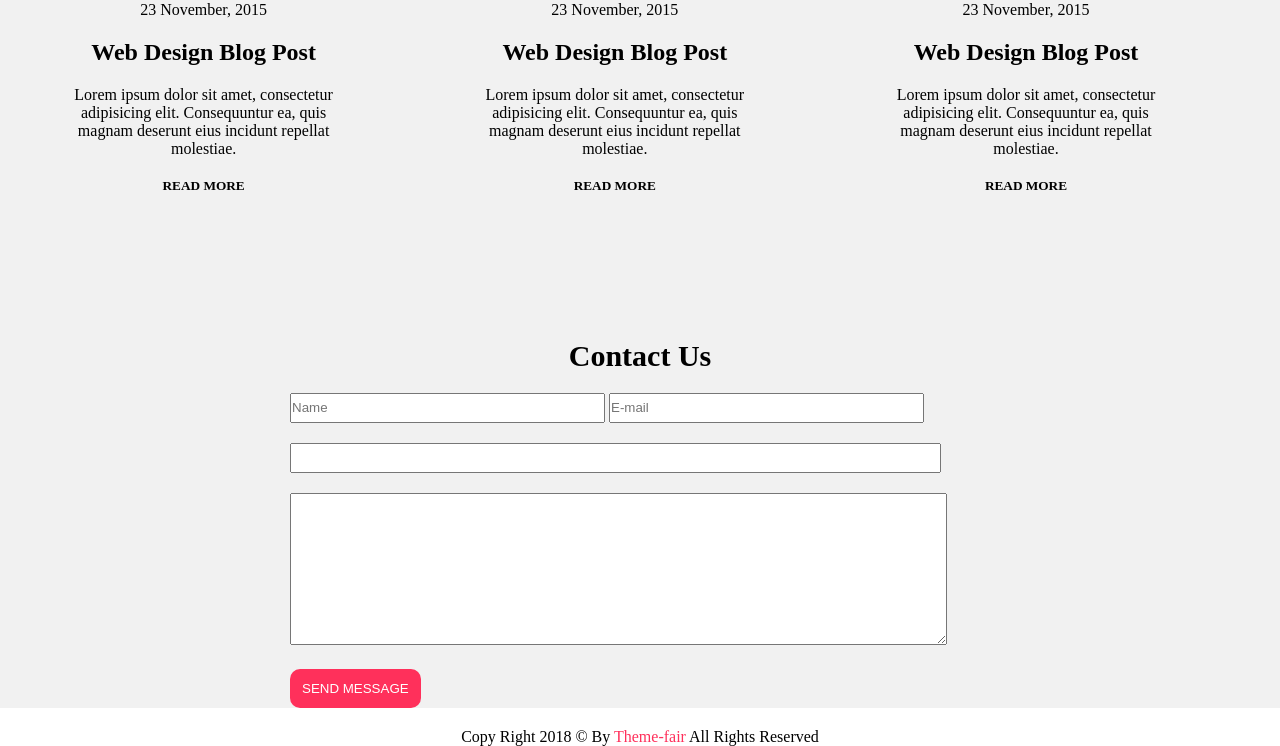
Repository: Ahmedalid/New-project
Page: Rout/index.html
These files come from the project's save history. The page is drawn as it stood at one moment and after a run of saves; the edit follows.
The browser window is 1280 px wide. The pictures show the part of the page from y = 3461 to 4207 px (the page is 4207 px tall).
A picture or video elsewhere on the page could not be fetched, so the positions and the page height are approximate.

Above is the page before, as saved 2023-05-24 19:59:15.

### Rout/index.html
<!DOCTYPE html>
<html lang="en">

<head>
    <meta charset="UTF-8">
    <meta http-equiv="X-UA-Compatible" content="IE=edge">
    <meta name="viewport" content="width=device-width, initial-scale=1.0">
    <link rel="stylesheet" href="https://cdnjs.cloudflare.com/ajax/libs/font-awesome/6.4.0/css/all.min.css">
    <link rel="stylesheet" href="css/style.css">
    <title>Document</title>
</head>

<body>
    <div class="bg-img" style="background-image: url(img/slider-02.jpg);">

        <div class="container pt">
            <div class="header-nav logo-nav">
                <h2>Fokir</h2>
            </div>
            <div class="header-nav">
                <ul>
                    <li><span class="nav-home">Home</span></li>
                    <li>About</li>
                    <li>Services </li>
                    <li>Portfolio</li>
                    <li>Testimonial</li>
                    <li>Blog </li>
                    <li>Contact</li>


                </ul>

            </div>
        </div>
        <div class="auto container">
            <h4 class="mt">Hello i'm</h4>
            <h1 class="mt">ALEX SMITH</h1>
            <p class="mt">Professional Web DesignerDesignerDeveloper</p>
        </div>

    </div>
    <div class="section-mt">
        <div class="section-2 container ">
            <div class="element-1">
                <span>
                    <img src="img/work-7.jpg" alt="Work-7">
                </span>
            </div>
            <div class="element-1">
                <h1><span>I</span>HELLO,</h1>
                <p class="mt">
                    Lorem ipsum dolor sit amet, consectetur adipisicing elit, sed do eiusmod tempor incididunt ut labore
                    et dolore magna aliqua. Ut enim ad minim veniam, quis nostrud exercitation ullamco laboris nisi ut
                    aliquip ex ea commodo consequat. Duis aute irure dolor in reprehenderit in voluptate velit esse
                    cillum dolore eu fugiat nulla pariatur. Excepteur sint occaecat cupidatat non proident, sunt in
                    culpa qui officia deserunt mollit anim id est laborum.
                </p>
                <div class="mt border"> </div>
                <div class="Name mt">
                    <div class="mt">Name: Rdam smith</div>
                    <div class="mt">Age: 26 Year</div>
                    <div class="mt">Freelance: Available</div>
                </div>
                <div class="Name mt">
                    <div class="mt">Job Title: UI/UX Designe</div>
                    <div class="mt">Location: United States, US</div>
                    <div class="mt">E-mail: example@gmail.com</div>
                </div>
                <div class="mt">
                    <button class="btn">Download CV <span><i class="fa fa-download"
                                aria-hidden="true"></i></span></button>

                    <button class="btn">Hire My <span><i class="fa fa-paper-plane"
                                aria-hidden="true"></i></span></button>
                </div>


            </div>
        </div>
    </div>
    <!-- section-3 -->
    <div class="section-bg">
        <section class="section-mt  ">
            <h1 class="pt">Our Services</h1>
            <div class="mt ">
                <div class="Services text-center">
                    <span class="mt"><i class="fa-solid fa-pen text-color"></i></span>
                    <h2 class="mt">UI/UX DESIGN</h2>
                    <p class="mt"> Lorem ipsum dolor sit amet, consectetur adipisicing elit. Ratione adipisci mollitia
                        quis
                        necstatibus.</p>
                </div>
                <div class="Services text-center">
                    <span class="mt"><i class="fa-solid fa-pen text-color"></i></span>
                    <h2 class="mt">APP DEVELOPMENT</h2>
                    <p class="mt"> Lorem ipsum dolor sit amet, consectetur adipisicing elit. Ratione adipisci mollitia
                        quis
                        necstatibus.</p>
                </div>
                <div class="Services text-center">
                    <span class="mt"><i class="fa-solid fa-pen text-color"></i></span>
                    <h2 class="mt">PRODUCT DESIGN</h2>
                    <p class="mt"> Lorem ipsum dolor sit amet, consectetur adipisicing elit. Ratione adipisci mollitia
                        quis
                        necstatibus.</p>
                </div>
                <div class="Services text-center">
                    <span class="mt"><i class="fa-solid fa-pen text-color"></i></span>
                    <h2 class="mt">UI/UX DESIGN</h2>
                    <p class="mt"> Lorem ipsum dolor sit amet, consectetur adipisicing elit. Ratione adipisci mollitia
                        quis
                        necstatibus.</p>
                </div>

            </div>
        </section>
    </div>
    <!-- section-4 -->
    <div class="">
        <section class="section-mt  ">
            <h1 class="pt">Our Portfolio</h1>
            <div class="text-center">
                <p class="p-Our">All</p>
                <p class="p-Our">GRAPHIC</p>
                <p class="p-Our">WEB DESIGN</p>
                <p class="p-Our">PRADNIG</p>
            </div>
            <div class="mt container">
                <div class="Portfolio text-center">
                    <span>
                        <img src="img/1.jpg" alt="">
                    </span>
                </div>
                <div class="Portfolio text-center">
                    <span>
                        <img src="img/2.jpg" alt="">
                    </span>
                </div>
                <div class="Portfolio text-center">
                    <span>
                        <img src="img/3.jpg" alt="">
                    </span>
                </div>
                <div class="Portfolio text-center">
                    <img src="img/5.jpg" alt="">
                </div>
                <div class="Portfolio text-center">
                    <img src="img/4.jpg" alt="">
                </div>
                <div class="Portfolio text-center">
                    <img src="img/6.jpg" alt="">
                </div>

            </div>
        </section>
    </div>

    <div class="section-bg">
        <section class="section-mt  ">
            <div class="mt ">
                <div class="Services text-center">
                    <span class="mt"><i class="fa-solid fa-pen text-color"></i></span>
                    <h2 class="mt">7</h2>
                    <p class="mt">Lorem, ipsum dolor.</p>
                </div>
                <div class="Services text-center">
                    <span class="mt"><i class="fa-solid fa-pen text-color"></i></span>
                    <h2 class="mt">9</h2>
                    <p class="mt"> Lorem ipsum dolor sit..</p>
                </div>
                <div class="Services text-center">
                    <span class="mt"><i class="fa-solid fa-pen text-color"></i></span>
                    <h2 class="mt">5</h2>
                    <p class="mt">Lorem ipsum dolor sit..</p>
                </div>
                <div class="Services text-center">
                    <span class="mt"><i class="fa-solid fa-pen text-color"></i></span>
                    <h2 class="mt">7</h2>
                    <p class="mt"> Lorem, ipsum dolor.</p>
                </div>

            </div>
        </section>
    </div>
    <section class="section-mt">
        <h1 class="text-center">Client's Feedback</h1>
        <div class="text-center mt">
            <img src="img/2 (1).jpg" alt="" class="w-3">
        </div>
    </section>
    <div class="section-bg">
        <section class="section-mt  ">
            <h1 class="pt">Our Blog</h1>
            <div class="mt ">
                <div class="Blog text-center">
                    <span class="mt">
                        <img src="img/1 (1).jpg" alt="">
                    </span>
                    <p class="mt">23 November, 2015</p>
                    <h2 class="mt"> Web Design Blog Post </h2>
                    <p class="mt">Lorem ipsum dolor sit amet, consectetur adipisicing elit. Consequuntur ea, quis magnam deserunt
                        eius incidunt repellat molestiae.</p>
                        <h5 class="mt">READ MORE </h5>


                </div>
                <div class="Blog text-center">
                    <span class="mt">
                        <img src="img/1 (1).jpg" alt="">
                    </span>
                    <p class="mt">23 November, 2015</p>
                    <h2 class="mt"> Web Design Blog Post </h2>
                    <p class="mt">Lorem ipsum dolor sit amet, consectetur adipisicing elit. Consequuntur ea, quis magnam deserunt
                        eius incidunt repellat molestiae.</p>
                        <h5 class="mt">READ MORE </h5>


                </div>
                <div class="Blog text-center">
                    <span class="mt">
                        <img src="img/1 (1).jpg" alt="">
                    </span>
                    <p class="mt">23 November, 2015</p>
                    <h2 class="mt"> Web Design Blog Post </h2>
                    <p class="mt">Lorem ipsum dolor sit amet, consectetur adipisicing elit. Consequuntur ea, quis magnam deserunt
                        eius incidunt repellat molestiae.</p>
                        <h5 class="mt">READ MORE </h5>


                </div>



            </div>
        </section>
        <section class="section-mt">
            <div class="text-center">
                <h1>Contact Us</h1>

            </div>
            <div class="Contact">
                <div class="mt">
                 <input type="text" placeholder="Name" class="w-5 h-input" name="" id="">
                <input type="text" name="" id="" placeholder="E-mail" class="w-5 input-l h-input">
                <input type="text" class="w-10 mt h-input" name="" id="">
                <textarea name="" class="mt" id="" cols="80" rows="10"></textarea>
                <button class="btn mt">SEND MESSAGE</button>
                </div>
            </div>
        </section>
    </div>
    <footer class="mt">
        <div class="text-center">
            <span></span>

            <p>Copy Right 2018 © By <span class="Theme-fair">Theme-fair</span> All Rights Reserved</p>
        </div>
    </footer>
</body>

</html>

### Rout/css/style.css
*{
    margin: 0;
    padding: 0;
    box-sizing: border-box;
}
.container{
    margin: auto 111px;
}
.bg-img{
    background-repeat: no-repeat;
    background-size: cover;
    height: 100vh;
}
.header-nav{
    display: inline-block;
    width: 49%;
    color: white;
}
.pt{
    padding-top: 25px;
}
.mt{
    margin-top: 20px;
}
.logo-nav h2{
    color: #ff305b;
    font-weight: bold;
    cursor: pointer;
    transition: 1.5s;
}
.logo-nav h2:hover{
    text-decoration: underline;
}
.header-nav ul li{
    display: inline-block;
    padding-left: 17px;
}
.nav-home{
    color: #ff305b;
}
.header-nav ul li:hover{
    text-decoration: underline;
    color: #ff305b;
    cursor: pointer;
}
.auto{
    /* margin: auto; */
    padding-top: 230px;
    color: white;
    text-align: center;
    font-weight: bold;
}
.element-1{
    display: inline-block;
    width: 49%;
    vertical-align: top;
}
.element-1 h1 span{
    color: #ff305b;
}
.border{
    border: dotted 1px black;
}
.Name{
    display: inline-block;
    width: 48%;
}
.section-mt{
    margin-top: 30px;
}
.btn{
    border: none;
    outline: none;
    background-color: #ff305b;
    color: white;
    padding: 12px;
    border-radius: 10px;
    cursor: pointer;
    transition: 0.5s;
}
.btn:hover{
    background-color: #ec2403;
}
.btn span i{
    margin-left: 7px;
}
.section-mt h1{
    text-align: center;
    font-size: 30px;
    font-weight: bold;
    padding-top: 100px;
}
.section-bg{
    background-color: #f1f1f1;

}
.Services{
    margin: auto 50px;
    display: inline-block;
    width: 15%;
    padding: 15px;
    cursor: pointer;
    transition: width 2s;
}
.text-color{
    color: #ff305b;
}
.text-center{
    text-align: center;
}
.Services:hover{
    background-color: white;
    width: 20%;

}

.Portfolio{
    /* margin: auto 50px; */
    display: inline-block;
    width: 33%;
    /* padding: 15px; */
    cursor: pointer;
    transition: width 2s;
}
img{
    width: 100%;
}
.p-Our{
    display: inline-block;
    text-align: center;
    margin-top: 15px;
    padding-left: 20px;
    transition: all 0.5s;
    cursor: pointer;
}
.p-Our:hover{
    border-bottom: 1px solid #ff305b;
}
.w-3{
    width: 30%;
}
.Blog{
    margin: auto 50px;
    display: inline-block;
    width: 24%;
    padding: 15px;
    cursor: pointer;
    transition: width 2s;
}
.Contact{
    margin: auto 290px;
}
.w-5{
    width: 45%;
}
.h-input{
    height: 30px;
}
.w-10{
    width: 93%;
}
.Theme-fair{
    color: #ff305b;
}

After the next 5 saves:
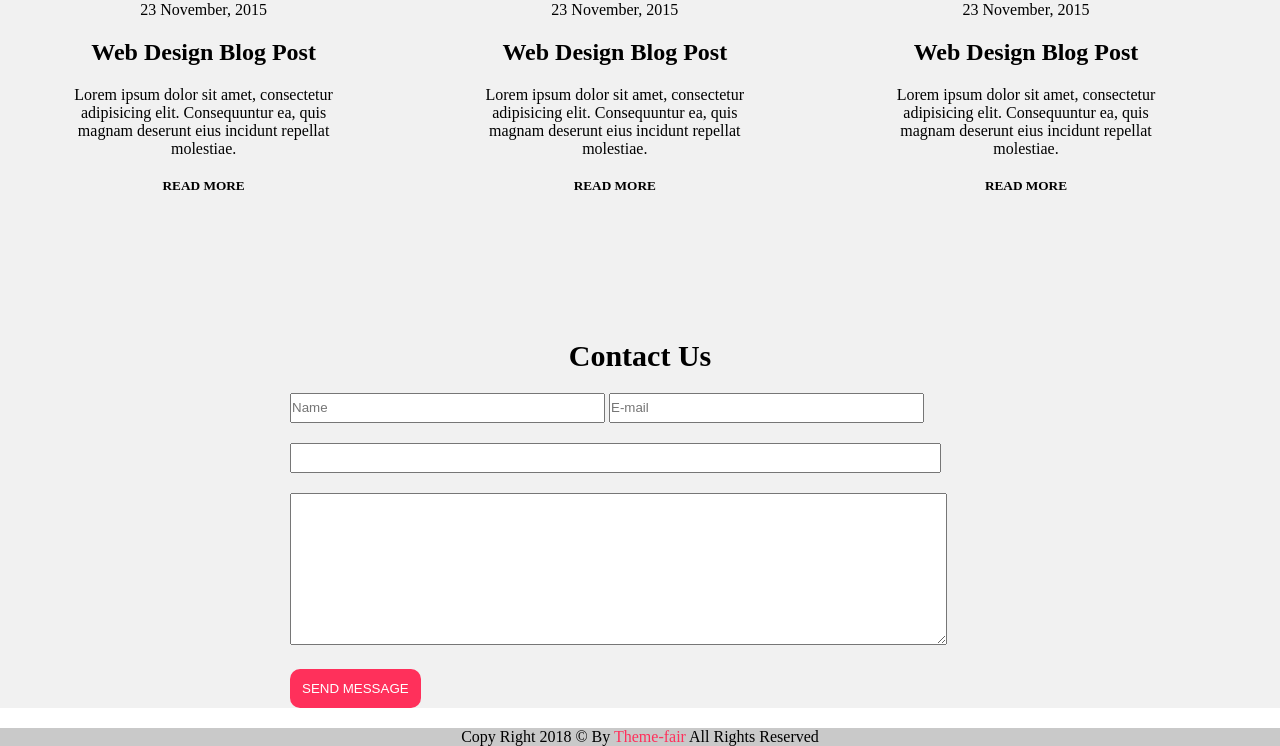
The 5 saves are shown as one change because they came seconds apart.
The last was saved 40 s later.
--- a/Rout/css/style.css
+++ b/Rout/css/style.css
@@ -162,3 +162,6 @@ img{
 .Theme-fair{
     color: #ff305b;
 }
+footer{
+    background-color: #33333343;
+}
